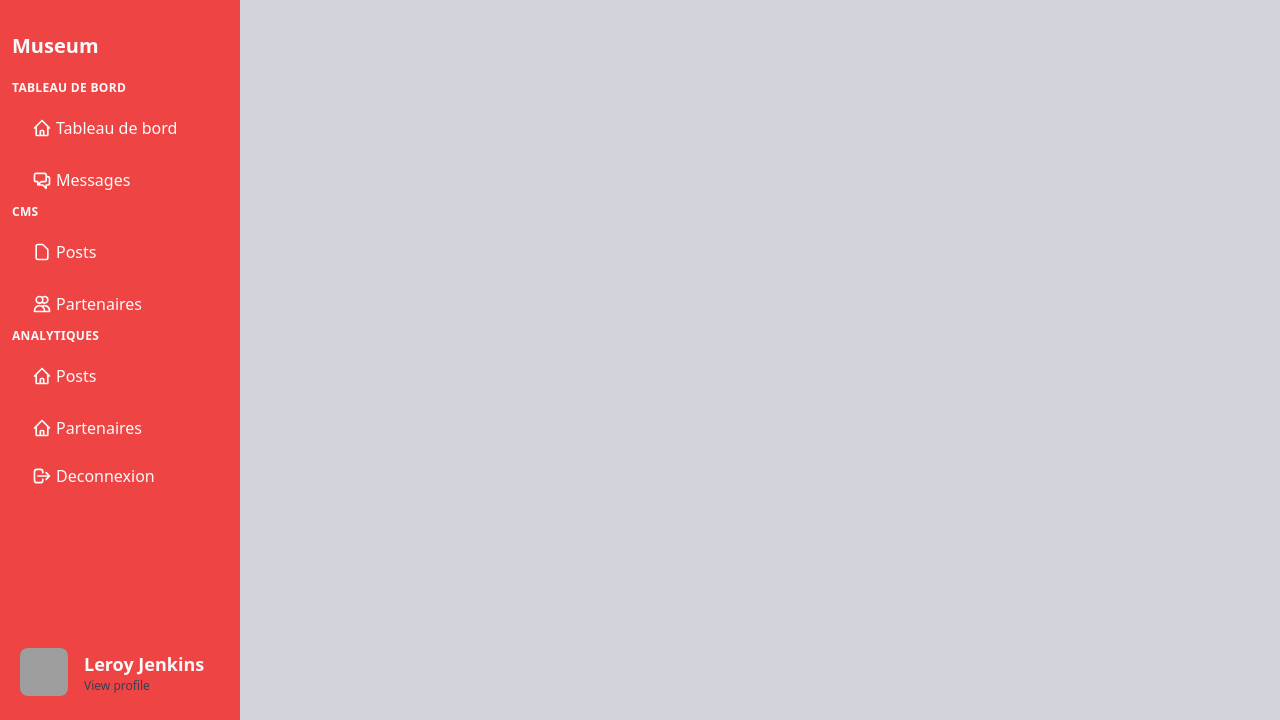
Repository: erulabs243/museum
Page: /dashboard
These files come from the project's save history. The page is drawn as it stood at one moment and after the next save; the edit follows.
The browser window is 1280 px wide. The pictures show the whole page.
Pictures or frames that could not be fetched are drawn as grey boxes. The project was rebuilt for these pictures with package versions that can differ from the ones it lists, and the page was loaded fresh each time. Also part of the build but not shown: vite.config.js, src/pages/admin/Home.jsx, src/components/atoms/headers/NavLink.jsx, src/components/atoms/headers/Button.jsx, src/components/atoms/TagBadge.jsx, src/components/atoms/MyAudioPlayer.jsx, src/components/atoms/MyVideoPlayer.jsx, src/components/atoms/MediaCard.jsx and 23 more.

Above is the page before, as saved 2022-08-10 20:24:38.

After the next save:
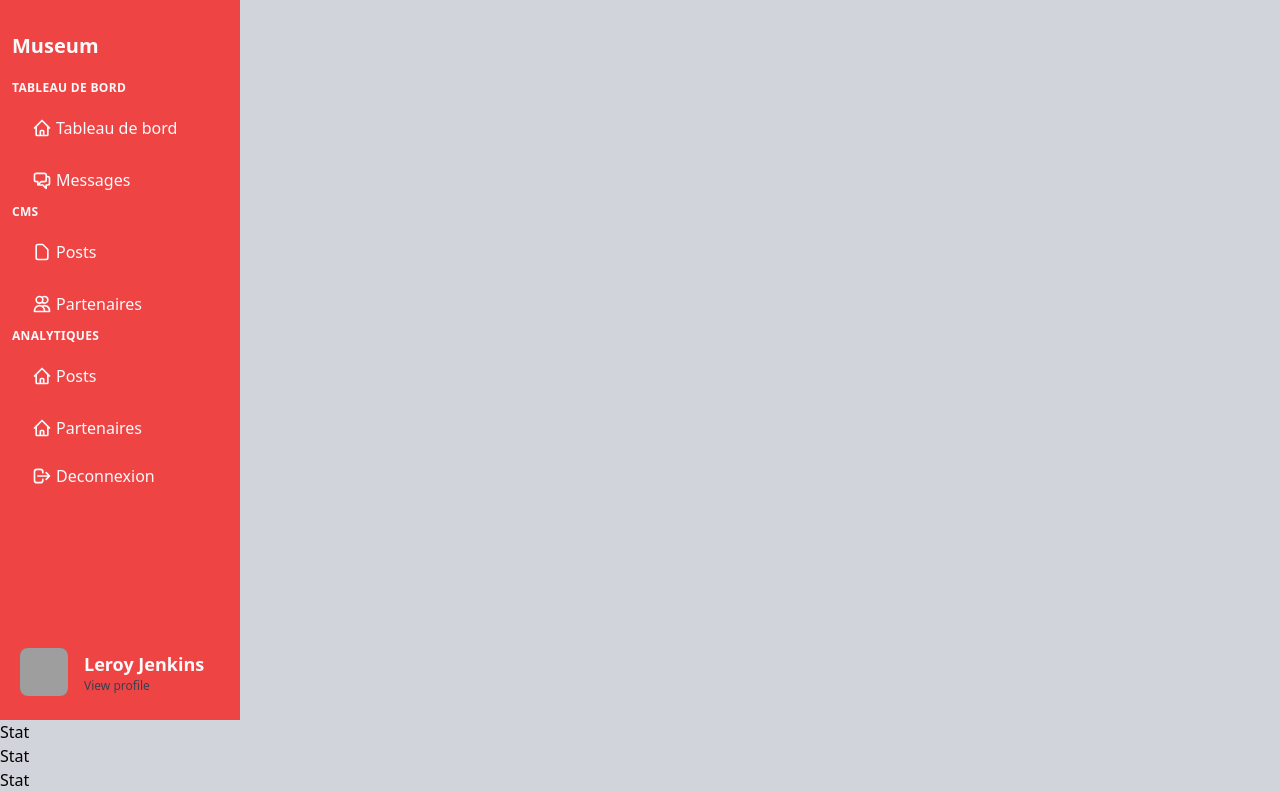
Saved 41 s later.
--- a/src/pages/admin/Dashboard.jsx
+++ b/src/pages/admin/Dashboard.jsx
@@ -1,11 +1,19 @@
 'use strict';
 
+import { OverviewStat } from '../../components/atoms';
 import { AdminSidebar } from '../../components/sections';
 
 const Dashboard = () => {
     return (
         <main className="bg-gray-300">
             <AdminSidebar />
+
+            {/* OVERVIEW */}
+            <section>
+                {[...Array(3)].map((elt, idx) => (
+                    <OverviewStat key={idx} />
+                ))}
+            </section>
         </main>
     );
 };
